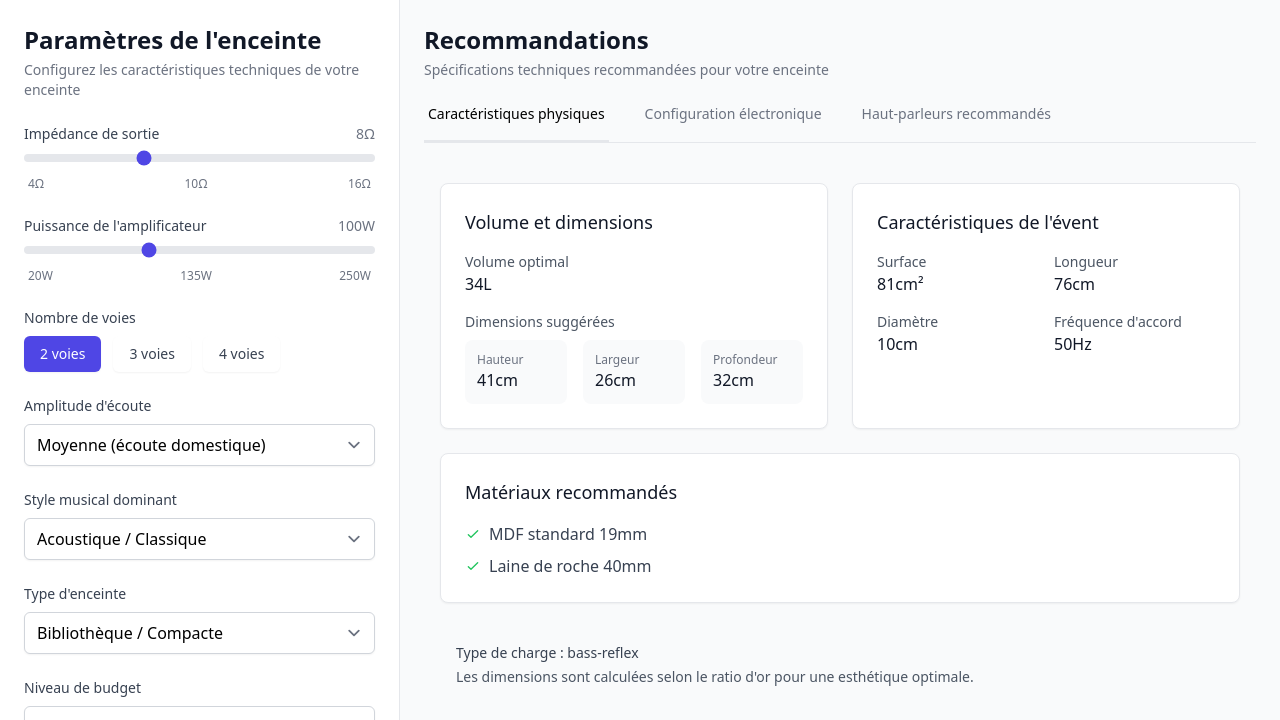
Repository: flobutbut/AcuoTune
Page: /#/
These files come from the project's save history. The page is drawn as it stood at one moment and after the next save; the edit follows.
The browser window is 1280 px wide. The pictures show the whole page.
The project was rebuilt for these pictures with package versions that can differ from the ones it lists, and the page was loaded fresh each time. Also part of the build but not shown: vite.config.ts, src/utils/calculations/electronic.ts, src/utils/calculations/frequency-response.ts, src/components/configurateur/FrequencyResponseChart.vue, src/components/configurateur/recommendations/ElectronicTab.vue, src/components/configurateur/recommendations/SpeakersTab.vue.

Above is the page before, as saved 2025-02-28 16:46:29.

After the next save:
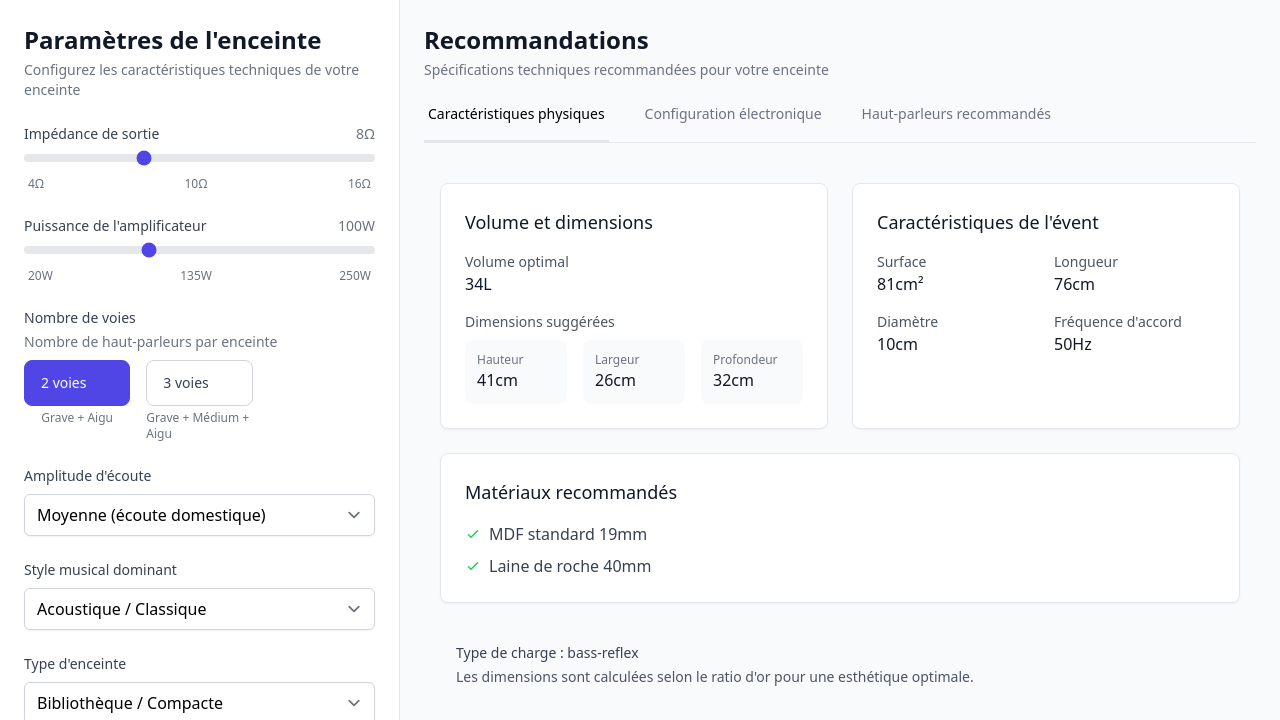
Saved 6 s later.
--- a/src/components/configurateur/ConfigurationPanel.vue
+++ b/src/components/configurateur/ConfigurationPanel.vue
@@ -17,6 +17,7 @@ import {
   FACTEUR_QUALITE_OPTIONS
 } from '@/constants/configurateur'
 import { computed } from 'vue'
+import ToggleGroup from '@/components/ui/ToggleGroup.vue'
 
 const store = useConfigurateurStore()
 const { config } = storeToRefs(store)
@@ -130,26 +131,16 @@ const defaultAccordEvent = computed(() => {
       />
 
       <!-- Nombre de voies -->
-      <div class="space-y-2">
-        <label class="block text-sm font-medium text-gray-700">
-          Nombre de voies
-        </label>
-        <div class="flex gap-3">
-          <button
-            v-for="num in [2, 3, 4]"
-            :key="num"
-            @click="handleVoiesClick(num)"
-            :class="[
-              'px-4 py-2 text-sm font-medium rounded-md shadow-sm focus:outline-none focus:ring-2 focus:ring-offset-2',
-              config.nombreVoies === num
-                ? 'bg-indigo-600 text-white hover:bg-indigo-700 focus:ring-indigo-500'
-                : 'bg-white text-gray-700 hover:bg-gray-50 focus:ring-gray-500'
-            ]"
-          >
-            {{ num }} voies
-          </button>
-        </div>
-      </div>
+      <ToggleGroup
+        v-model="config.nombreVoies"
+        label="Nombre de voies"
+        description="Nombre de haut-parleurs par enceinte"
+        :options="[
+          { value: 2, label: '2 voies', description: 'Grave + Aigu' },
+          { value: 3, label: '3 voies', description: 'Grave + Médium + Aigu' }
+        ]"
+        class="mb-8"
+      />
 
       <!-- Amplitude d'écoute -->
       <SelectInput
@@ -228,27 +219,17 @@ const defaultAccordEvent = computed(() => {
       <!-- Paramètres avancés -->
       <div v-if="config.showAdvanced" class="space-y-6 border-t pt-6">
         <!-- Type de charge -->
-        <div class="space-y-2">
-          <h3 class="text-sm font-medium text-gray-700">Type de charge</h3>
-          <div class="grid grid-cols-1 gap-2 sm:grid-cols-3">
-            <button
-              v-for="option in TYPE_CHARGE_OPTIONS"
-              :key="option.value"
-              :class="[
-                'px-4 py-2 text-sm font-medium rounded-md',
-                config.typeCharge === option.value
-                  ? 'bg-indigo-600 text-white'
-                  : 'bg-white text-gray-700 border border-gray-300 hover:bg-gray-50'
-              ]"
-              @click="handleChange({ target: { name: 'typeCharge', value: option.value } } as Event)"
-            >
-              {{ option.label }}
-            </button>
-          </div>
-          <p class="text-sm text-gray-500">
-            {{ getTypeChargeDescription(config.typeCharge) }}
-          </p>
-        </div>
+        <ToggleGroup
+          v-model="config.typeCharge"
+          label="Type de charge"
+          description="Type de charge acoustique"
+          :options="[
+            { value: 'clos', label: 'Clos' },
+            { value: 'bass-reflex', label: 'Bass-reflex' },
+            { value: 'double-bass-reflex', label: 'Double Bass-reflex', description: 'Extension maximale des basses' }
+          ]"
+          class="mb-8"
+        />
 
         <!-- Paramètres avancés selon le type de charge -->
         <template v-if="config.typeCharge !== 'clos'">
@@ -301,26 +282,17 @@ const defaultAccordEvent = computed(() => {
               </p>
             </div>
           </div>
-          <div class="grid grid-cols-3 gap-4">
-            <button
-              v-for="option in facteurQualiteOptions"
-              :key="option.value"
-              @click="handleChange({ target: { name: 'facteurQualite', value: option.value } } as any)"
-              class="flex flex-col items-center"
-            >
-              <div
-                :class="[
-                  'w-full px-4 py-3 text-sm font-medium rounded-lg border transition-colors',
-                  config.facteurQualite === option.value
-                    ? 'bg-indigo-600 text-white border-indigo-600'
-                    : 'bg-white text-gray-700 border-gray-300 hover:bg-gray-50'
-                ]"
-              >
-                {{ option.label }}
-              </div>
-              <span class="mt-1 text-xs text-gray-500">{{ option.description }}</span>
-            </button>
-          </div>
+          <ToggleGroup
+            v-model="config.facteurQualite"
+            label="Facteur de qualité"
+            description="Contrôle la résonance et l'amortissement"
+            :options="[
+              { value: 0.6, label: 'Neutre', description: 'Son neutre et précis (0.6)' },
+              { value: 0.707, label: 'Standard', description: 'Équilibre Butterworth (0.707)' },
+              { value: 0.9, label: 'Impact', description: 'Plus d\'impact dans les graves (0.9)' }
+            ]"
+            class="mb-8"
+          />
         </div>
       </div>
     </div>
